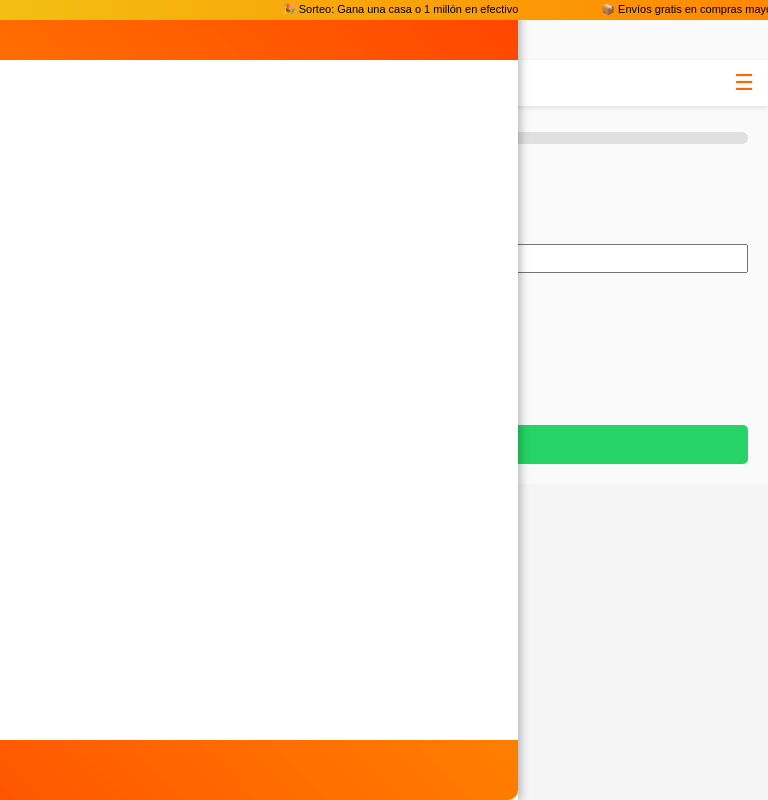
Repository: AVH75/avifarma-tienda
Page: carrito.html
The author's editor kept a copy of each file at every save. The page is drawn from the files as they stood at one save, then again after the next save.
The browser window is 768 px wide. The pictures show the whole page.

Above is the page before, as saved 2025-09-11 18:20:24.
Console error: TypeError: Cannot read properties of null (reading 'classList')

After the next save:
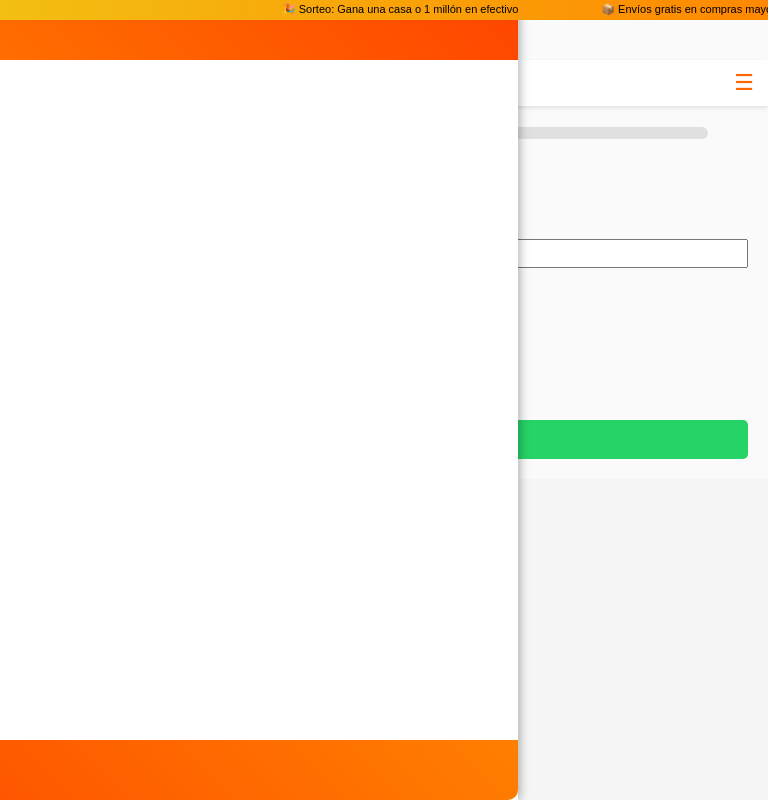
Saved 3 min 26 s later.
--- a/css/carrito.css
+++ b/css/carrito.css
@@ -4,10 +4,11 @@
 ======================================== */
 /* Ajuste de la barra de progreso */
 .progress-bar {
-    margin: 20px 0 30px;
+    margin: 20px 0;
     font-size: 14px;
     color: #333;
-    width: 100%; /* Asegúrate de que ocupe el 100% del contenedor */
+    width: 100%;
+    max-width: calc(100% - 40px); /* Asegura que la barra no se extienda más allá del contenedor */
 }
 
 .progress-bar span {
@@ -26,27 +27,55 @@
 
 .progress-fill {
     height: 100%;
-    width: 15%; /* Ajusta este valor según el progreso actual */
+    width: 15%; /* Aquí puedes modificar el progreso según el valor que desees */
     background: linear-gradient(90deg, #ff7f32, #ff5722); /* degradado naranja */
     border-radius: 6px;
     transition: width 0.4s ease; /* animación suave */
 }
 
-
-/* Responsive */
+/* Ajuste para el contenedor de la tabla de productos */
+.carrito-items {
+    flex: 1;
+    max-height: 400px;  /* Máximo alto de la tabla */
+    overflow-y: auto;   /* Activar el scroll vertical */
+}
+
+/* Estilo para el cuadro de resumen */
+.resumen-compra {
+    background-color: #fff;
+    padding: 20px;
+    border-radius: 10px;
+    width: 320px;
+    box-shadow: 0 0 10px rgba(0, 0, 0, 0.1);
+    position: relative;
+    top: -20px;  /* Ajuste para subir más cerca de la tabla */
+    z-index: 1;
+    margin-top: 20px; /* Asegura que el resumen no quede pegado a la tabla */
+}
+
+/* Responsividad para pantallas pequeñas */
 @media (max-width: 768px) {
+    /* Ajuste para la barra de progreso en pantallas más pequeñas */
     .progress-bar {
-        margin-bottom: 20px;
-    }
-
-    .progress-bar span {
-        font-size: 12px;
-    }
-
-    .progress {
+        margin: 15px 0;
+    }
+
+    .progress-fill {
         height: 10px;
     }
-}
+
+    .resumen-compra {
+        width: 100%;
+        padding: 15px;
+        margin-top: 10px;  /* Ajuste del espacio entre la tabla y el resumen */
+    }
+
+    /* Ajuste en la tabla */
+    .carrito-items {
+        max-height: 250px; /* Ajuste en pantallas pequeñas */
+    }
+}
+
 
 /* ========================================
    Estilo para el carrito
